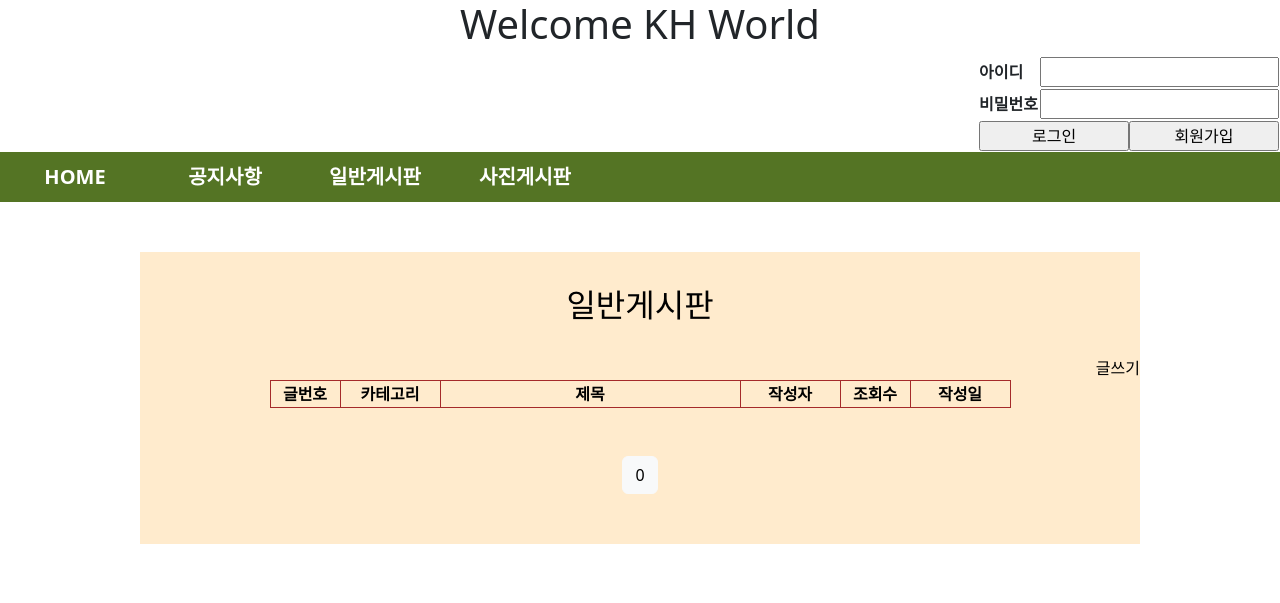
Repository: eru2/Study
Page: http://localhost/JspProject/
An editor plug-in stored every save of this project. The page is shown before and after the next save, followed by the edit.
The browser window is 1280 px wide. The pictures show the whole page.
The page is served by Tomcat 10. Other server files are loaded and not shown. The template is opened directly, without the code that normally fills it, so the values that code supplies are empty.

Above is the page before, as saved 2025-02-28 00:15:07.

### 07_JSP/JspProject/src/main/webapp/index.jsp
<%@page import="com.kh.common.JDBCTemplate"%>
<%@ page language="java" contentType="text/html; charset=UTF-8"
    pageEncoding="UTF-8"%>
<!DOCTYPE html>
<html>
<head>
<meta charset="UTF-8">
<title>Insert title here</title>
</head>
<body>
	<%--
		C(insert)R(select)U(update)D(delete)
		*회원서비스
		로그인(R), 회원가입(C), 마이페이지(R), 정보수정(U), 회원탈퇴(U), 아이디중복체크(R)

		*공지사항
		공지사항목록조회(R), 상세조회(R), 게시글작성(C), 게시글수정(U), 게시글삭제(D), 댓글작성(C), 댓글목록조회(R)

		*일반게시판
		게시글목록조회(R), 상세조회(R), 게시글작성(C), 게시글수정(U), 게시글삭제(D), 댓글작성(C), 댓글목록조회(R)

		*사진게시판
		게시글작성-첨부파일업로드(C), 게시판리스트조회(R), 상세조회(R)

	 --%>

	 <%-- JDBCTemplate.getConnection(); --%>

	 <%@ include file="views/common/menubar.jsp" %>
	 <jsp:forward page="views/board/boardListView.jsp" />
</body>
</html>

### 07_JSP/JspProject/src/main/webapp/views/common/menubar.jsp
<%@ page language="java" contentType="text/html; charset=UTF-8"
    pageEncoding="UTF-8"%>
    <%@ taglib prefix="c" uri="http://java.sun.com/jsp/jstl/core" %>
<!DOCTYPE html>
<html>
<head>
    <meta charset="UTF-8">
    <meta name="viewport" content="width=device-width, initial-scale=1.0">
    <title>Insert title here</title>
    <!-- 부트스트랩 5.3.3 -->
    <link href="https://cdn.jsdelivr.net/npm/bootstrap@5.3.3/dist/css/bootstrap.min.css" rel="stylesheet">
    <script src="https://cdn.jsdelivr.net/npm/bootstrap@5.3.3/dist/js/bootstrap.bundle.min.js"></script>
    <!-- jQuery -->
    <script src="https://ajax.googleapis.com/ajax/libs/jquery/3.7.1/jquery.min.js"></script>

    <style>
        a{
            text-decoration: none;
            color: black;
        }
        .login-area > *{
            float: right;

        }

        .login-area input[type="button"],
        .login-area input[type="submit"]{
            width: 50%;
            float: left;
        }

        .nav-area{
            background: rgb(84, 116, 36);
        }
        .menu{
            display: table-cell;
            width: 150px;
            height: 50px;
        }
        .menu a{
            color: white;
            font-size: 20px;
            font-weight: bold;
            text-align: center;
            width: 100%;
            height: 100%;
            line-height: 50px;
            display: inline-block;
        }
    </style>
</head>
<body>
	<c:if test="${not empty alertMsg}">
	<script>
		alert("${alertMsg}")
	</script>
	<c:remove var="alertMsg" />
	</c:if>
	 <h1 align="center">Welcome KH World</h1>
	    <div class="login-area">
		    <c:choose>
		    	<c:when test="${empty sessionScope.loginUser }">
		        <!-- 로그인 전 -->
		        <form action="${pageContext.request.contextPath}/login.me" method="post">
		            <table>
		                <tr>
		                    <th>아이디</th>
		                    <td><input type="text" name="userId" required></td>
		                </tr>
		                <tr>
		                    <th>비밀번호</th>
		                    <td><input type="password" name="userPwd" required></td>
		                </tr>
		                <tr>
		                    <th colspan="2">
		                        <input type="submit" value="로그인">
		                        <input type="button" value="회원가입" onclick="enrollPage();">
		                    </th>
		                </tr>
		            </table>
		        </form>
		        <script>
		        	function enrollPage(){
		        		//location.href = "${pageContext.request.contextPath}/views/member/memberEnrollForm.jsp";
		        		//웹 애플리케이션의 디렉토리구조가 url에 노출되면 보안에 취약해진다.

		        		location.href = "${pageContext.request.contextPath}/enrollForm.me";
		        		//단순한 페이지 요청도 servlet을 거쳐갈 것(즉, url에는 서블릿 맵핑값만 나타나도록)
		        	}
		        </script>
		        </c:when>
		        <c:otherwise>
		        	<div>
		        		<b>${loginUser.userName}님</b>의 방문을 환영합니다. <br><br>
		        		<div>
		        			<a href="${pageContext.request.contextPath}/myPage.me">마이페이지</a>
		        			<a href="${pageContext.request.contextPath}/logout.me">로그아웃</a>
		        		</div>
		        	</div>
		        </c:otherwise>
		    </c:choose>
	    </div>

    <br clear="both">
    <div class="nav-area">
        <div class="menu"><a href="${pageContext.request.contextPath}">HOME</a></div>
        <div class="menu"><a href="${pageContext.request.contextPath}/notice.bo?cpage=1">공지사항</a></div>
        <div class="menu"><a href="${pageContext.request.contextPath}/list.bo?cpage=1">일반게시판</a></div>
        <div class="menu"><a href="">사진게시판</a></div>
    </div>
</body>
</html>

### 07_JSP/JspProject/src/main/webapp/views/board/boardListView.jsp
<%@ page language="java" contentType="text/html; charset=UTF-8"
    pageEncoding="UTF-8"%>
<!DOCTYPE html>
<html>
<head>
<meta charset="UTF-8">
<title>Insert title here</title>
<style>
    .outer{
            background: blanchedalmond;
            color: black;
            width: 1000px;
            margin: auto;
            margin-top: 50px;
            padding: 10px 0px 50px;
        }

        .list-area{
            border: 1ps solid brown;
            text-align: center;
        }

        .list-area tbody tr:hover{
            background: rgb(253, 244, 231);
            cursor: pointer;
            font-size: 16px;
        }

        .list-area td, .list-area th {
            border: 1px solid brown;
        }
</style>
</head>
<body>
    <%@ include file="../common/menubar.jsp" %>

    <div class="outer">
        <br>
        <h2 align="center">일반게시판</h2>
        <br>

		<div align="right">
			<a>글쓰기</a>
		</div>
        <table align="center" class="list-area">
            <thead>
                <th width="70">글번호</th>
                <th width="100">카테고리</th>
                <th width="300">제목</th>
                <th width="100">작성자</th>
                <th width="70">조회수</th>
                <th width="100">작성일</th>
            </thead>
            <tbody>
            <c:forEach var="b" items="${list}">
                <tr>
                    <td>${b.boardNo}</td>
                    <td>${b.categoryName}</td>
                    <td>${b.boardTitle }</td>
                    <td>${b.userId }</td>
                    <td>${b.count }</td>
                    <td>${b.createDate }</td>
                </tr>
                <tr>
                    <td>148</td>
                    <td>게임</td>
                    <td>메이플 150 10분 달성법!</td>
                    <td>user02</td>
                    <td>500</td>
                    <td>2025.02.26</td>
                </tr>
                </c:forEach>
            </tbody>
        </table>

        <br><br>


        <div align="center">
        	<c:if test="${pi.currentPage > 1}">
	            <button class="btn btn-light"
	            		onclick="location.href='${pageContext.request.contextPath}/list.bo?cpage=${pi.currentPage - 1}'">
	            &lt;이전
	            </button>
            </c:if>
            <c:forEach var="p" begin="${pi.startPage}" end="${pi.endPage}" >
            	<c:choose>
            		<c:when test="${p == pi.currentPage}">
            			<button class="btn btn-light" disabled>
	            	        ${p}
	            		</button>
            		</c:when>
            		<c:otherwise>
            			<button class="btn btn-light" onclick="location.href='${pageContext.request.contextPath}/list.bo?cpage=${p}'">
	            	        ${p}
	            		</button>
            		</c:otherwise>
            	</c:choose>
            </c:forEach>

            <c:if test="${pi.currentPage < pi.maxPage}">
	            <button class="btn btn-light"
	            		onclick="location.href='${pageContext.request.contextPath}/list.bo?cpage=${pi.currentPage + 1}'">
	            	다음&gt;
	            </button>
            </c:if>
        </div>
    </div>
</body>
</html>

After the next save:
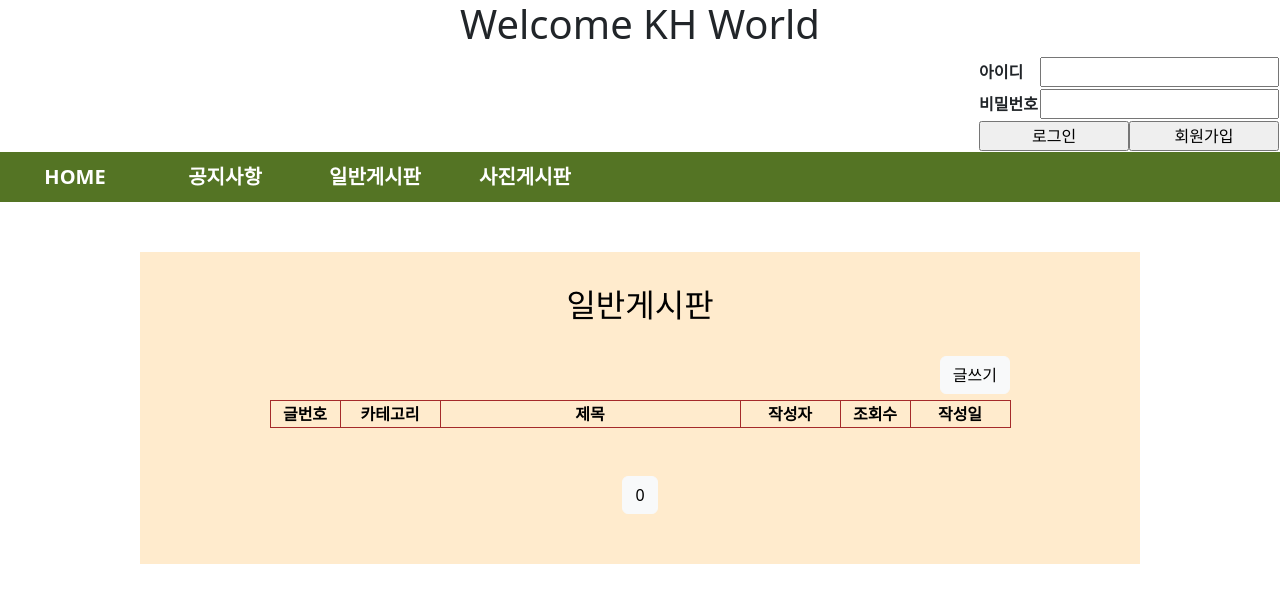
Saved 78 s later.
--- a/07_JSP/JspProject/src/main/webapp/views/board/boardListView.jsp
+++ b/07_JSP/JspProject/src/main/webapp/views/board/boardListView.jsp
@@ -39,8 +39,8 @@
         <h2 align="center">일반게시판</h2>
         <br>
 
-		<div align="right">
-			<a>글쓰기</a>
+		<div align="right" style="width: 870px; margin-bottom: 6px;">
+			<a class="btn btn-light">글쓰기</a>
 		</div>
         <table align="center" class="list-area">
             <thead>
